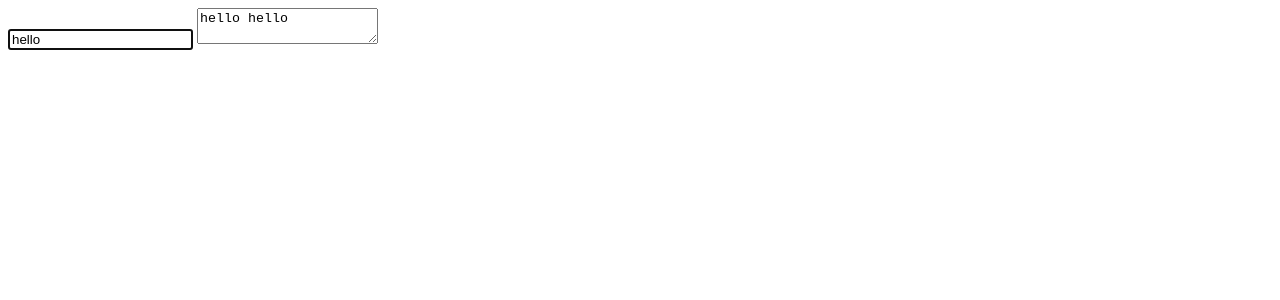
Repository: kojimayu/dotinstall-JavaScript-DOM
Page: index.html
These files come from the project's save history. The page is drawn as it stood at one moment and after the next save; the edit follows.
The browser window is 1280 px wide. The pictures show the whole page.

Above is the page before, as saved 2019-04-13 16:40:59.

### index.html
<!DOCTYPE html>
<html lang="ja">

<head>
  <meta charset="UTF-8">
  <title>JavaScript</title>

</head>

<body>
  <input type="text" value="hello">
  <textarea>hello hello</textarea>
  <script src="js/main.js"></script>
</body>

</html>

### js/main.js
'use strict'

{
  const text = document.querySelector('input[type="text"]');
  const textarea = document.querySelector('textarea');

  console.log(text.value);
  console.log(textarea.value);

  text.focus();

}

After the next save:
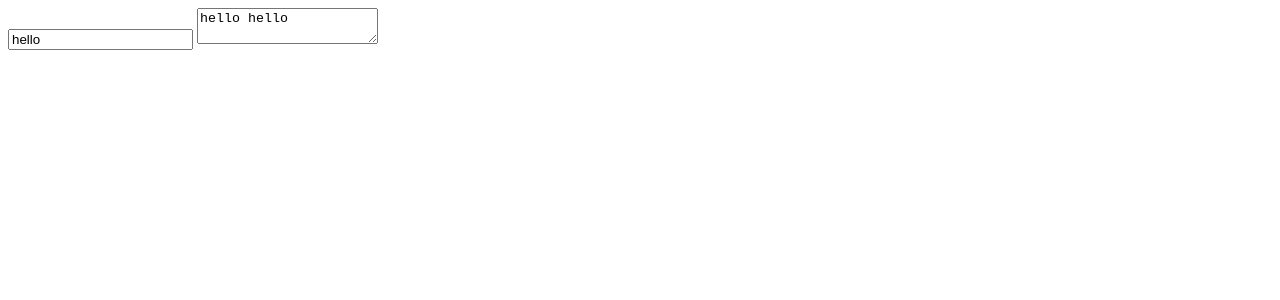
Console error (its wording comes from the project's code and is left out).
Saved 69 s later.
--- a/js/main.js
+++ b/js/main.js
@@ -7,6 +7,7 @@
   console.log(text.value);
   console.log(textarea.value);
 
-  text.focus();
+  // text.focus();
+  text.querySelector();
 
 }

After the save that followed:
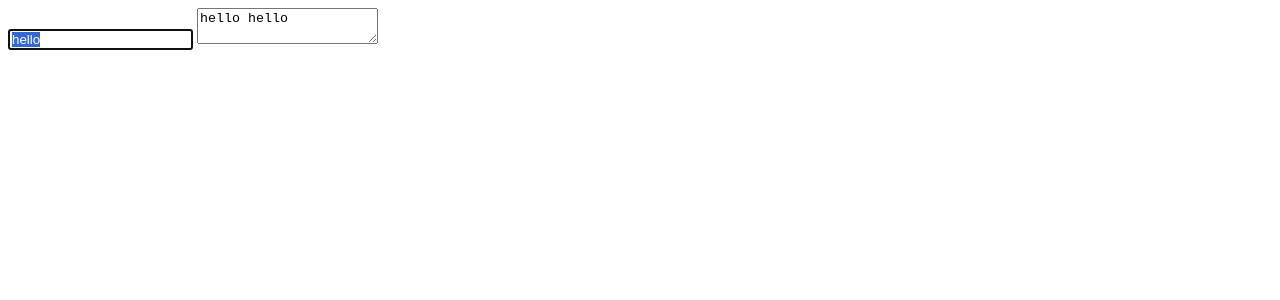
The error is gone.
Saved 27 s later.
--- a/js/main.js
+++ b/js/main.js
@@ -8,6 +8,6 @@
   console.log(textarea.value);
 
   // text.focus();
-  text.querySelector();
+  text.select();
 
 }
